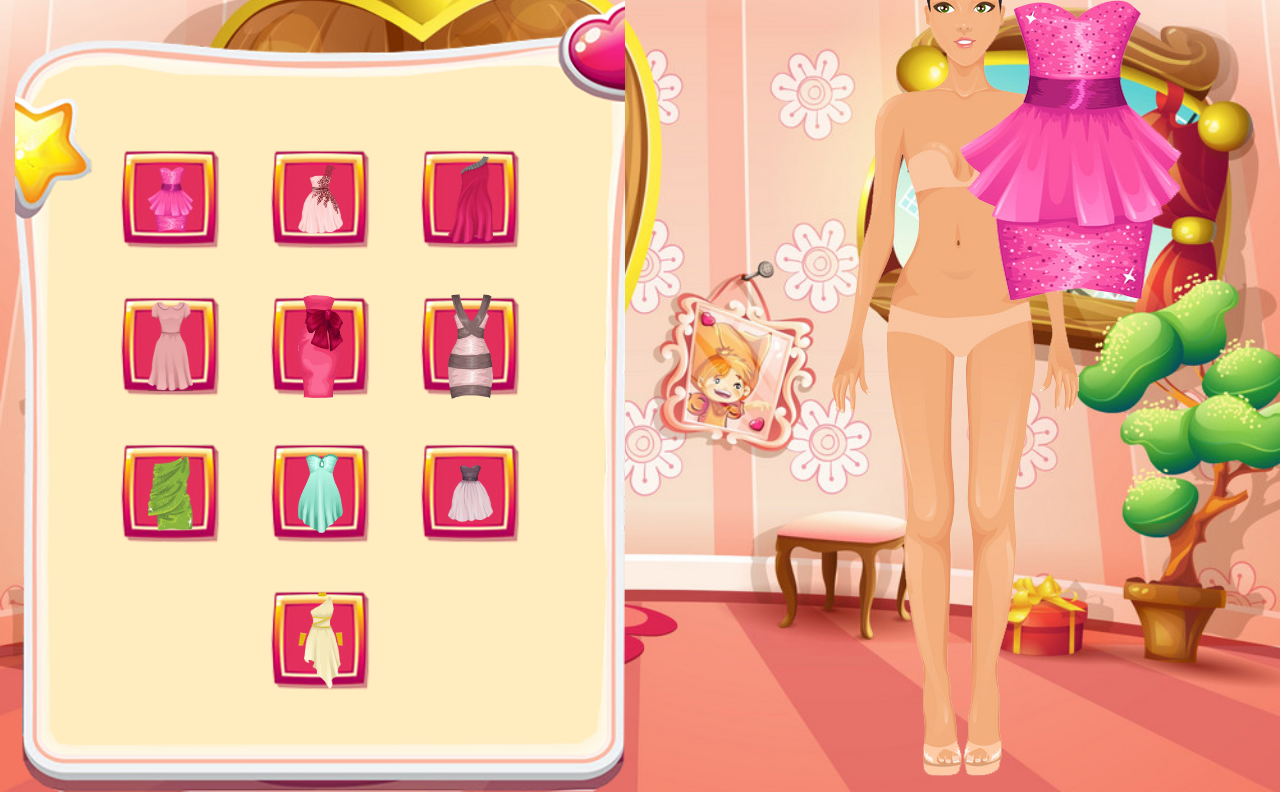
Repository: bunbubam/GameThayDoReactjs_NguyenKhacNghia
Page: /, after clicking the first element matching `div.clothing-item`
An editor plug-in stored every save of this project. The page is shown before and after the next save, followed by the edit.
The browser window is 1280 px wide. The pictures show the whole page.
The project was rebuilt for these pictures with package versions that can differ from the ones it lists, and the page was loaded fresh each time.

Above is the page before, as saved 2022-03-30 17:28:05.

### public/index.html
<!doctype html>
<html lang="en">
  <head>
    <title>GameThaydo</title>
    <!-- Required meta tags -->
    <meta charset="utf-8">
    <meta name="viewport" content="width=device-width, initial-scale=1, shrink-to-fit=no">

    <!-- Bootstrap CSS -->
    <link rel="stylesheet" href="https://stackpath.bootstrapcdn.com/bootstrap/4.3.1/css/bootstrap.min.css" integrity="sha384-ggOyR0iXCbMQv3Xipma34MD+dH/1fQ784/j6cY/iJTQUOhcWr7x9JvoRxT2MZw1T" crossorigin="anonymous">
  </head>
  <body>
    <div id="root"></div>
    <!-- Optional JavaScript -->
    <!-- jQuery first, then Popper.js, then Bootstrap JS -->
    <script src="https://code.jquery.com/jquery-3.3.1.slim.min.js" integrity="sha384-q8i/X+965DzO0rT7abK41JStQIAqVgRVzpbzo5smXKp4YfRvH+8abtTE1Pi6jizo" crossorigin="anonymous"></script>
    <script src="https://cdnjs.cloudflare.com/ajax/libs/popper.js/1.14.7/umd/popper.min.js" integrity="sha384-UO2eT0CpHqdSJQ6hJty5KVphtPhzWj9WO1clHTMGa3JDZwrnQq4sF86dIHNDz0W1" crossorigin="anonymous"></script>
    <script src="https://stackpath.bootstrapcdn.com/bootstrap/4.3.1/js/bootstrap.min.js" integrity="sha384-JjSmVgyd0p3pXB1rRibZUAYoIIy6OrQ6VrjIEaFf/nJGzIxFDsf4x0xIM+B07jRM" crossorigin="anonymous"></script>
  </body>
</html>

### src/App.js
import logo from './logo.svg';
import './App.css';
import Dress from './gamethaydo/dress';

function App() {
  return (
    <Dress></Dress>
  );
}

export default App;

### src/App.css
body {
    background: url(gamethaydo/images/dress-room.jpg) no-repeat;
    background-position: 50% 53%;
    background-size: cover;
}
.dress-main .row {height: 100vh;}
.girl img {position: absolute;}
.girl .girl-main {
    bottom: 2%;
    left: 30%;
    z-index: -1;
}
.girl .clothing-main {z-index: 1;}
.clothing-box {
    background: url(gamethaydo/images/box.png) no-repeat;
    background-position: 50% 50%;
    background-size: cover;
    width: 700px;
    height: 792px;
}
.clothing-flex {margin: 0 80px;}
.clothing-item {
    background: url(gamethaydo/images/menu.png) no-repeat;
    width: 100px;
    height: 99px;
    cursor: pointer;
}
.clothing-item img {width: 45%;}

### src/gamethaydo/dress.js
import React, {Component} from 'react';
import Clothing1 from './images/trangphuc1.png';
import Clothing2 from './images/trangphuc2.png';
import Clothing3 from './images/trangphuc3.png';
import Clothing4 from './images/trangphuc4.png';
import Clothing5 from './images/trangphuc5.png';
import Clothing6 from './images/trangphuc6.png';
import Clothing7 from './images/trangphuc7.png';
import Clothing8 from './images/trangphuc8.png';
import Clothing9 from './images/trangphuc9.png';
import Clothing10 from './images/trangphuc10.png';

class Dress extends Component {
    state = {
        clothing : "",
        id : "",

    }
    changeClothing = (imgs, ids) => {
        return(
            this.setState({
                clothing : imgs,
                id : ids
            })
        )
    }
    render() {
        return(
            <div className='container-fluid'>
                <div className='dress-main'>
                    <div className='row'>
                        <div className='col-12 col-xl-6 block-left d-flex flex-direction-row justify-content-center'>
                            <div className='clothing-box d-flex flex-column justify-content-center pt-xl-5'>
                                <div className='clothing-flex d-flex flex-direction-row justify-content-around lign-items-baseline mb-5'>
                                    <div onClick={()=>this.changeClothing(Clothing1, 'Clothing1')} className='clothing-item d-flex flex-direction-row justify-content-center align-items-center'>
                                        <img src={require('./images/trangphuc_mini/trangphuc1.png')} className='img-fluid'/>
                                    </div>
                                    <div onClick={()=>this.changeClothing(Clothing2, 'Clothing2')} className='clothing-item d-flex flex-direction-row justify-content-center align-items-center'>
                                        <img src={require('./images/trangphuc_mini/trangphuc2.png')} className='img-fluid'/>
                                    </div>
                                    <div onClick={()=>this.changeClothing(Clothing3, 'Clothing3')} className='clothing-item d-flex flex-direction-row justify-content-center align-items-center'>
                                        <img src={require('./images/trangphuc_mini/trangphuc3.png')} className='img-fluid'/>
                                    </div>
                                </div>
                                <div className='clothing-flex d-flex flex-direction-row justify-content-around lign-items-baseline mb-5'>
                                    <div onClick={()=>this.changeClothing(Clothing4, 'Clothing4')} className='clothing-item d-flex flex-direction-row justify-content-center align-items-center'>
                                        <img src={require('./images/trangphuc_mini/trangphuc4.png')} className='img-fluid'/>
                                    </div>
                                    <div onClick={()=>this.changeClothing(Clothing5, 'Clothing5')} className='clothing-item d-flex flex-direction-row justify-content-center align-items-center'>
                                        <img src={require('./images/trangphuc_mini/trangphuc5.png')} className='img-fluid'/>
                                    </div>
                                    <div onClick={()=>this.changeClothing(Clothing6, 'Clothing6')} className='clothing-item d-flex flex-direction-row justify-content-center align-items-center'>
                                        <img src={require('./images/trangphuc_mini/trangphuc6.png')} className='img-fluid'/>
                                    </div>
                                </div>
                                <div className='clothing-flex d-flex flex-direction-row justify-content-around lign-items-baseline mb-5'>
                                    <div onClick={()=>this.changeClothing(Clothing7, 'Clothing7')} className='clothing-item d-flex flex-direction-row justify-content-center align-items-center'>
                                        <img src={require('./images/trangphuc_mini/trangphuc7.png')} className='img-fluid'/>
                                    </div>
                                    <div onClick={()=>this.changeClothing(Clothing8, 'Clothing8')} className='clothing-item d-flex flex-direction-row justify-content-center align-items-center'>
                                        <img src={require('./images/trangphuc_mini/trangphuc8.png')} className='img-fluid'/>
                                    </div>
                                    <div onClick={()=>this.changeClothing(Clothing9, 'Clothing9')} className='clothing-item d-flex flex-direction-row justify-content-center align-items-center'>
                                        <img src={require('./images/trangphuc_mini/trangphuc9.png')} className='img-fluid'/>
                                    </div>
                                </div>
                                <div className='clothing-flex d-flex flex-direction-row justify-content-around lign-items-baseline'>
                                    <div onClick={()=>this.changeClothing(Clothing10, 'Clothing10')} className='clothing-item d-flex flex-direction-row justify-content-center align-items-center'>
                                        <img src={require('./images/trangphuc_mini/trangphuc10.png')} className='img-fluid'/>
                                    </div>
                                </div>
                            </div>
                        </div>
                        <div className='col-12 col-xl-6 block-right position-relative d-flex flex-direction-row justify-content-center'>
                            <div className='girl'>
                                <img src={require('./images/girl.png')} className='girl-main img-fluid'/>
                                <img src={this.state.clothing} id={this.state.id} className='clothing-main img-fluid'/>
                            </div>
                        </div>
                    </div>
                </div>
            </div>
        )
    };
}
export default Dress;

Loaded but not shown: src/index.js (common file); src/index.css (common file); src/reportWebVitals.js (common file)

After the next save:
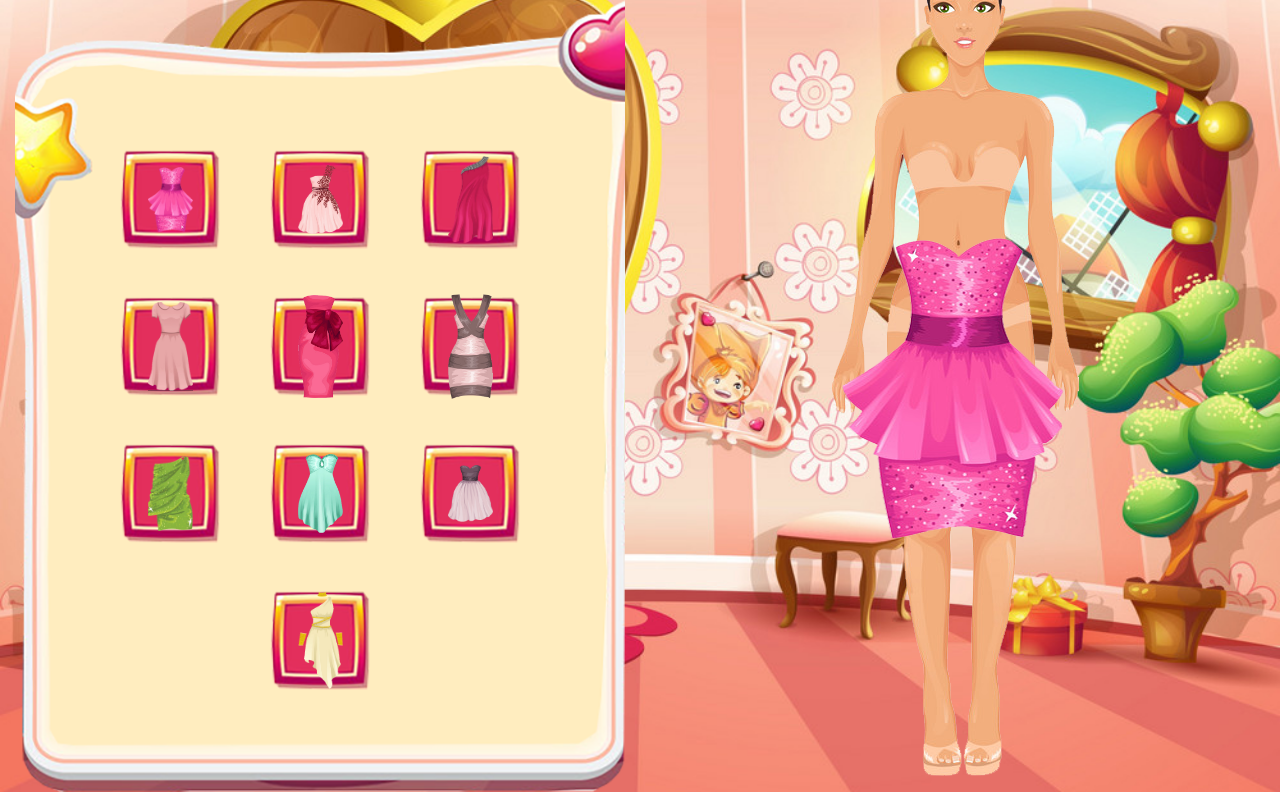
Saved 91 s later.
--- a/src/App.css
+++ b/src/App.css
@@ -26,3 +26,7 @@ body {
     cursor: pointer;
 }
 .clothing-item img {width: 45%;}
+#Clothing1 {
+    top: 30%;
+    left: 31.5%;
+}
